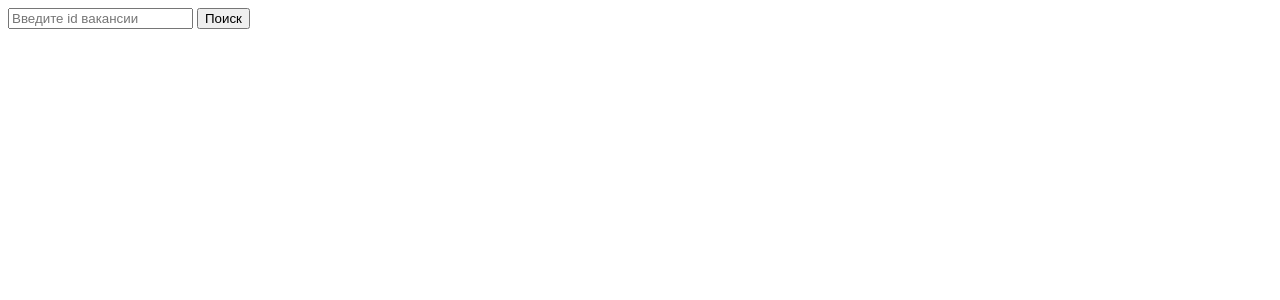
Repository: Hillaru/Web_Semester_6
Page: web_lab3-main/index.html
An editor plug-in stored every save of this project. The page is shown before and after the next save, followed by the edit.
The browser window is 1280 px wide. The pictures show the whole page.

Above is the page before, as saved 2022-06-01 15:59:49.

After the next save:
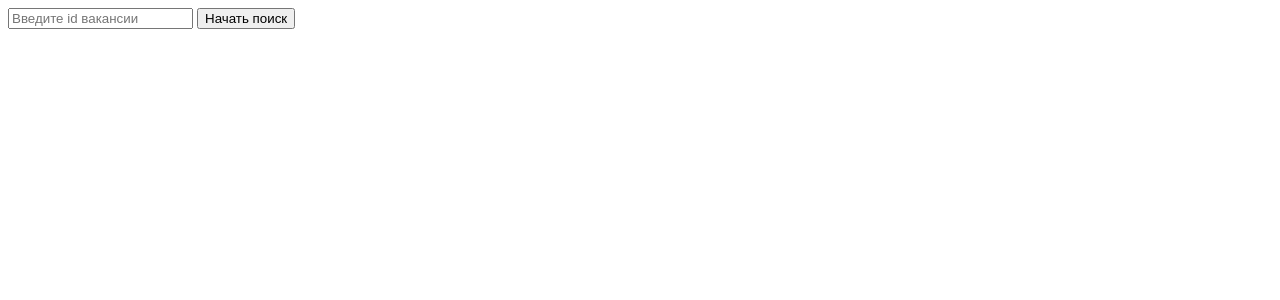
Saved 15 s later.
--- a/web_lab3-main/index.html
+++ b/web_lab3-main/index.html
@@ -8,7 +8,7 @@
 <body>
 
 <input id = "input" placeholder="Введите id вакансии"></input>
-<button id="btn" onclick="go();">Поиск</button>
+<button id="btn" onclick="go();">Начать поиск</button>
 <p id="result"></p>
 <script defer src="app.js"></script>
 
